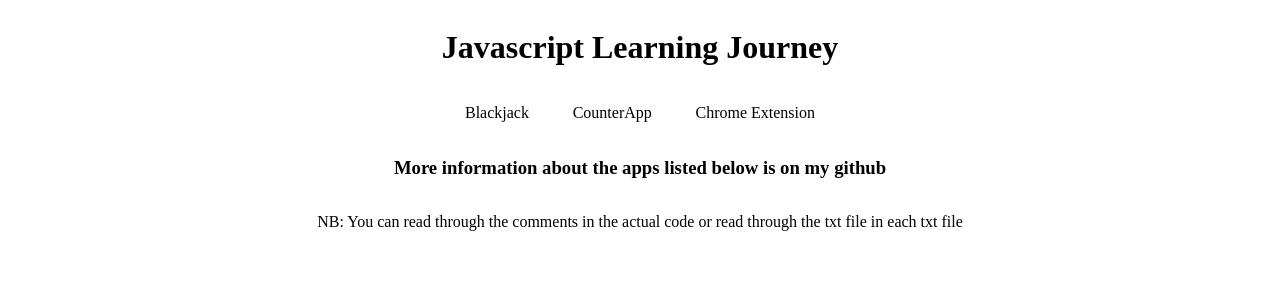
Repository: Siphamandla201/Javascript-Journey
Page: index.html
The author's editor kept a copy of each file at every save. The page is drawn from the files as they stood at one save, then again after a run of saves.
The browser window is 1280 px wide. The pictures show the whole page.

Above is the page before, as saved 2023-07-27 16:21:31.

After the next 2 saves:
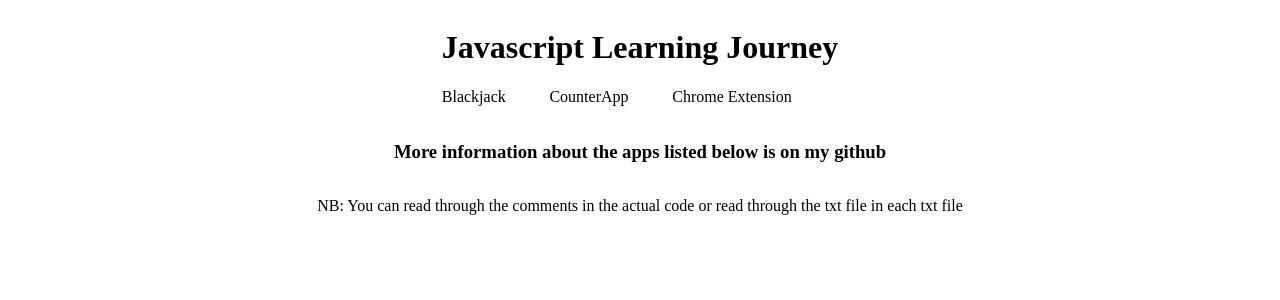
The 2 saves are shown as one change because they came seconds apart.
The last was saved 7 s later.
--- a/index.html
+++ b/index.html
@@ -7,15 +7,15 @@
     <title>Document</title>
 </head>
 <body>
-    <div></div>
-    <h1>
-        Javascript Learning Journey
-    </h1>
-    <ul class="game-links">
-        <li><a href="./Blackjack/Blackjack.html">Blackjack</a></li>
-        <li><a href="./CounterApp/Counter.html">CounterApp</a></li>
-        <li><a href="./Extension/Index.html">Chrome Extension</a></li>
-    </ul>
+    <div>
+        <h1>
+            Javascript Learning Journey
+        </h1>
+        <ul class="game-links">
+            <li><a href="./Blackjack/Blackjack.html">Blackjack</a></li>
+            <li><a href="./CounterApp/Counter.html">CounterApp</a></li>
+            <li><a href="./Extension/Index.html">Chrome Extension</a></li>
+        </ul>
     </div>
     <h3>
         More information about the apps listed below is on my github
